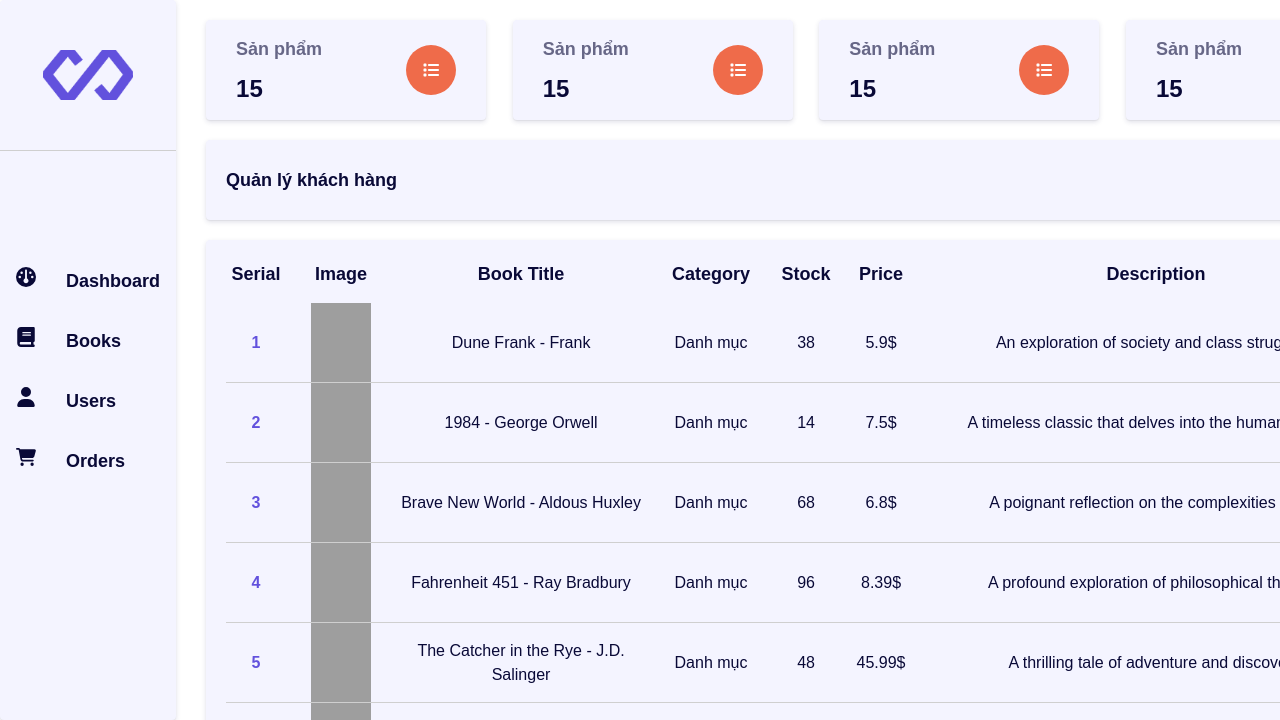
Repository: kauittt/BookStore_FE
Page: / (app in book-store/)
An editor plug-in stored every save of this project. The page is shown before and after the next save, followed by the edit.
The browser window is 1280 px wide. The pictures show the whole page.
Pictures or frames that could not be fetched are drawn as grey boxes. An inner scrolling area shows only its first screen. The project was rebuilt for these pictures with package versions that can differ from the ones it lists, and the page was loaded fresh each time. Also part of the build but not shown: book-store/vite.config.js, book-store/src/components/elements/FormInput.jsx, book-store/src/components/login-signup/Login.jsx, book-store/src/components/book/BookItem.jsx, book-store/src/components/book/BookList.jsx, book-store/src/components/elements/BackNavigation.jsx, book-store/src/components/book/BookDetail.jsx, book-store/src/components/cart/QuantitySelector.jsx and 4 more.

Above is the page before, as saved 2024-07-20 12:42:15.

After the next save:
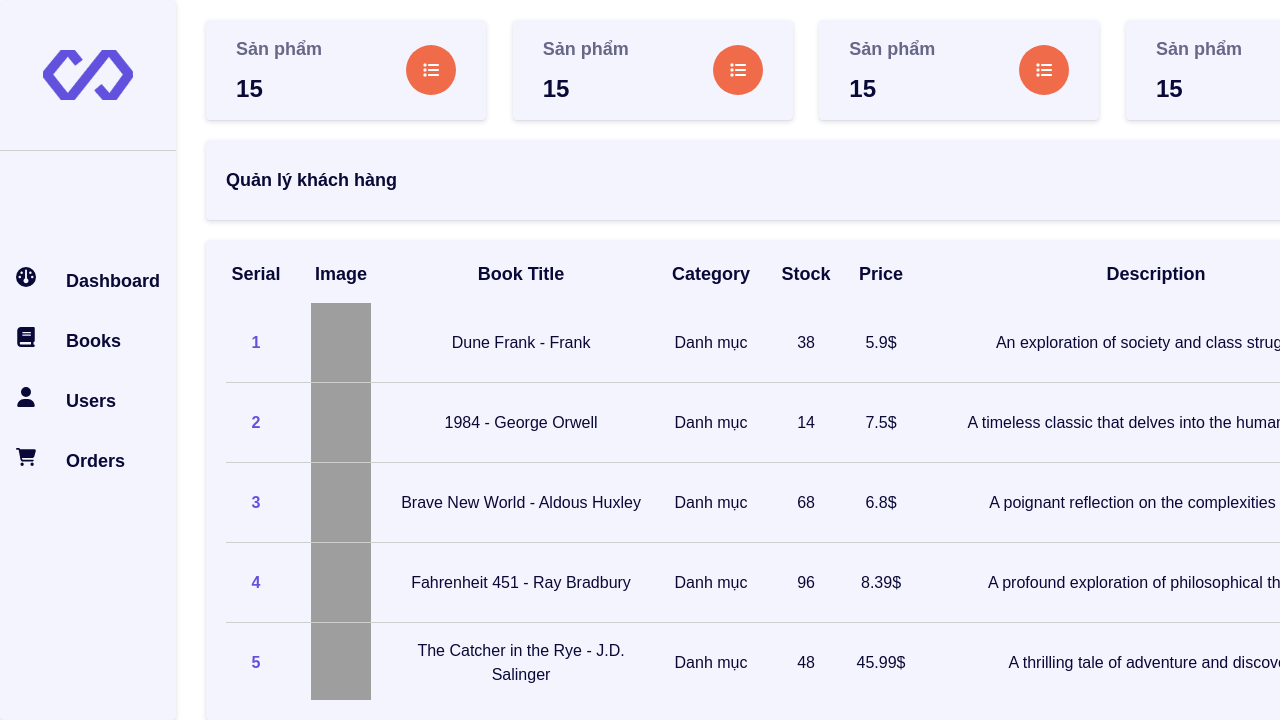
Saved 5 s later.
--- a/book-store/src/components/admin/ManageList.jsx
+++ b/book-store/src/components/admin/ManageList.jsx
@@ -54,7 +54,7 @@ const ManageList = (props) => {
         <div
             className="max-w-[1200px] w-[1200px] p-[20px]
         flex flex-col gap-[15px] bg-bgr-main shadow-custom rounded
-       "
+        overflow-y-auto"
         >
             {/*//* Category */}
             <div

After the save that followed:
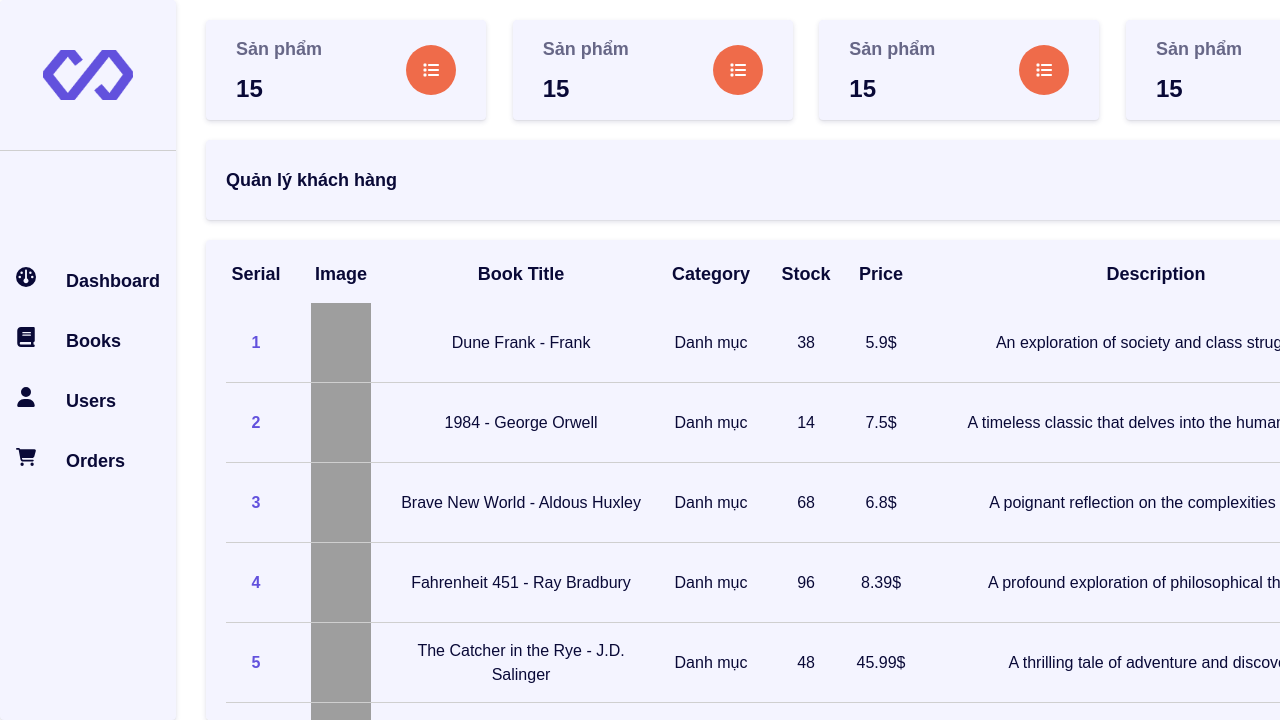
Saved 7 s later.
--- a/book-store/src/components/admin/ManageList.jsx
+++ b/book-store/src/components/admin/ManageList.jsx
@@ -69,7 +69,7 @@ const ManageList = (props) => {
             </div>
 
             {/*//* List Item */}
-            <div className="flex flex-col max-h-full overflow-y-auto">
+            <div className="flex flex-col max-h-full ">
                 {props.books.map((book, index) => (
                     <ManageItem
                         data={book}
